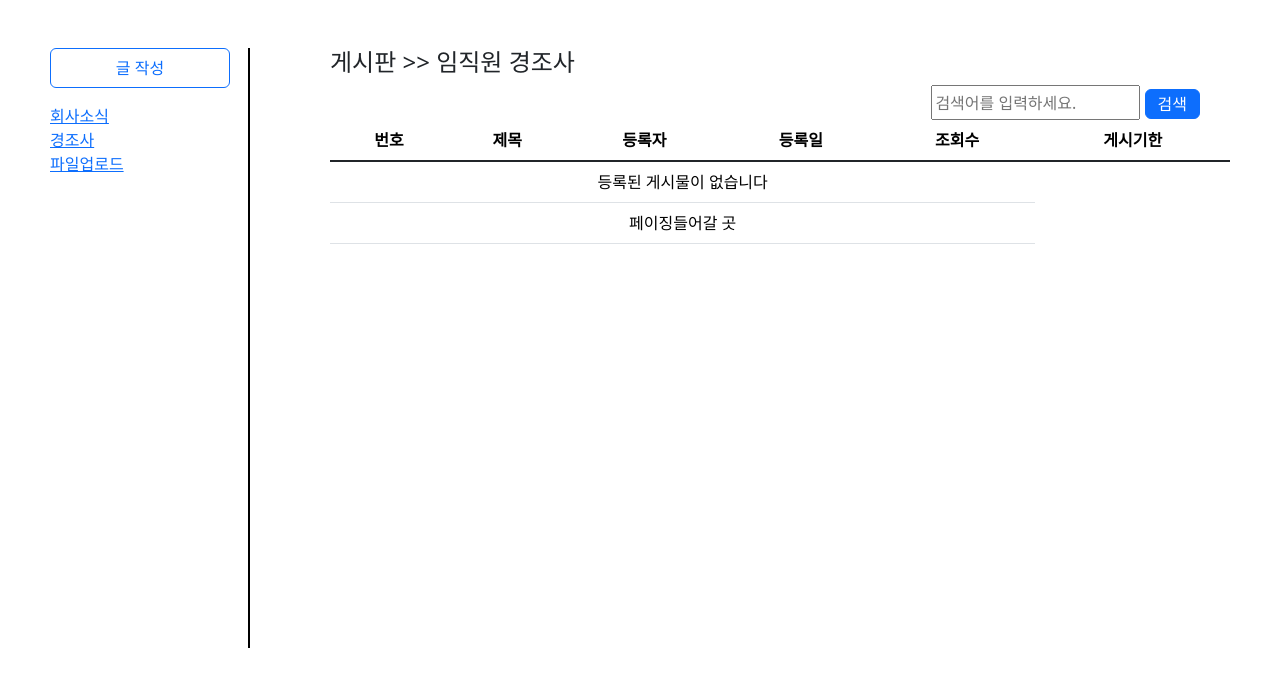
Repository: KimDongGyuu/final
Page: http://localhost/aceworks/WEB-INF/views/company_event/company_event_List.jsp
The author's editor kept a copy of each file at every save. The page is drawn from the files as they stood at one save, then again after the next save.
The browser window is 1280 px wide. The pictures show the whole page.
The page is served by Tomcat 9. Nobody is signed in. Other server files are loaded and not shown. The template is opened directly, without the code that normally fills it, so the values that code supplies are empty.

Above is the page before, as saved 2024-03-20 07:17:21.

### aceworks/src/main/webapp/WEB-INF/views/company_event/company_event_List.jsp
<%@ page language="java" contentType="text/html; charset=UTF-8"
    pageEncoding="UTF-8"%>
<%@ include file="/WEB-INF/views/include/style.jsp"%>
<%@ taglib uri="http://java.sun.com/jsp/jstl/core" prefix="c"%>
<!DOCTYPE html>
<html>
<head>
<meta charset="UTF-8">
<title>Insert title here</title>
<style>
#left {
	width: 200px;
	height: 600px;
	float: left;
	border-right: 2px solid black;
	margin-left: 50px;
}

#right {
	width: 900px;
	height: 600px;
	margin-left: 330px;
}

#bt {
	width: 180px;
	height: 40px;
}
#Sbt {
	padding-top: 2px;
	height: 30px;
}

h3 {
	text-align: center;
}
</style>
</head>
<body>
<div>
<div id="left">
			<button id="bt" type="button" class="btn btn-outline-primary"
				onclick="location.href='company_event_Writeform.do';">글 작성</button>
<div class="mt-3"><a href="company_news_List.do?com_idx=${dto.getCom_idx()}">회사소식</a> <br> <a href="company_event_List.do?com_idx=${dto.getCom_idx()}">경조사</a> <br><a href="fileUploadForm.do">파일업로드</a></div>
		</div>
		<div id="right">
		<div class="mt-5 mb-2"><span class="h4">게시판 &gt;&gt; 임직원 경조사</span></div>
<div class="mt-2 d-flex gap-2 justify-content-end">

   <form action="">
   <input type="hidden" name="com_idx" value="${dto.getCom_idx()}">
        <input type="text" id="" name="" placeholder="검색어를 입력하세요." style="width:70%; height: 35px;">
        <button id="Sbt" type="submit" class="btn btn btn-primary">검색</button>
   </form>

</div>
			<table width="1000" cellspacing="0" class="table table-hover">
				<thead>
					<tr align="center">
						<th scope="col">번호</th>
						<th scope="col">제목</th>
						<th scope="col">등록자</th>
						<th scope="col">등록일</th>
						<th scope="col">조회수</th>
						<th scope="col">게시기한</th>
					</tr>
				</thead>

				<tbody class="table-group-divider">
					<c:if test="${empty eventList }">
						<tr>
							<td colspan="5" align="center">등록된 게시물이 없습니다</td>
						</tr>
					</c:if>

					<c:forEach var="eventDto" items="${eventList }">
					<tr class="text-center">
					<th scope="row">${eventDto.event_idx }</th>

					<c:url var="company_eventContentUrl" value="company_event_Content.do">
					<c:param name="event_idx">${eventDto.event_idx }</c:param>
					<c:param name="com_idx">${dto.getCom_idx()}</c:param>
					</c:url>

					<td><a href="${company_eventContentUrl }">${eventDto.event_title }</a></td>
					<td>${eventDto.event_writer }</td>
					<td>${eventDto.event_writedate }</td>
					<td>${eventDto.event_readnum }</td>
					<td>${eventDto.event_period }</td>
					</tr>
					</c:forEach>
				</tbody>

				<tfoot>
					<tr>
						<td colspan="5" align="center">페이징들어갈 곳</td>
					</tr>
				</tfoot>
			</table>
		</div>
	</div>
</body>
</html>

### aceworks/src/main/webapp/WEB-INF/views/include/style.jsp
<%@ page language="java" contentType="text/html; charset=UTF-8"
    pageEncoding="UTF-8"%>
<!DOCTYPE html>
<html>
<head>
<meta charset="UTF-8">
<title>Insert title here</title>
<link
   href="https://cdn.jsdelivr.net/npm/bootstrap@5.3.3/dist/css/bootstrap.min.css"
   rel="stylesheet"
   integrity="sha384-QWTKZyjpPEjISv5WaRU9OFeRpok6YctnYmDr5pNlyT2bRjXh0JMhjY6hW+ALEwIH"
   crossorigin="anonymous">
<script
   src="https://cdn.jsdelivr.net/npm/bootstrap@5.3.3/dist/js/bootstrap.bundle.min.js"
   integrity="sha384-YvpcrYf0tY3lHB60NNkmXc5s9fDVZLESaAA55NDzOxhy9GkcIdslK1eN7N6jIeHz"
   crossorigin="anonymous"></script>
<script
   src="https://cdn.jsdelivr.net/npm/@popperjs/core@2.11.8/dist/umd/popper.min.js"
   integrity="sha384-I7E8VVD/ismYTF4hNIPjVp/Zjvgyol6VFvRkX/vR+Vc4jQkC+hVqc2pM8ODewa9r"
   crossorigin="anonymous"></script>
<script
   src="https://cdn.jsdelivr.net/npm/bootstrap@5.3.3/dist/js/bootstrap.min.js"
   integrity="sha384-0pUGZvbkm6XF6gxjEnlmuGrJXVbNuzT9qBBavbLwCsOGabYfZo0T0to5eqruptLy"
   crossorigin="anonymous"></script>
</head>
<body>

</body>
</html>

After the next save:
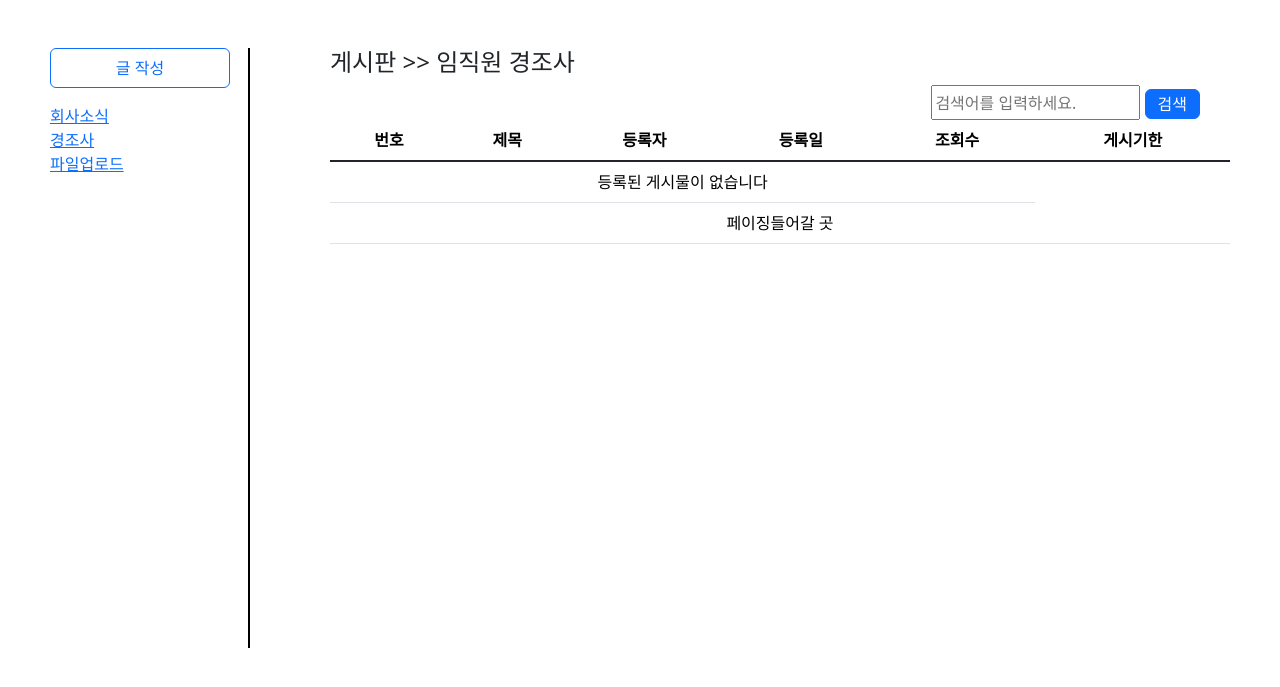
Saved 9 min 41 s later.
--- a/aceworks/src/main/webapp/WEB-INF/views/company_event/company_event_List.jsp
+++ b/aceworks/src/main/webapp/WEB-INF/views/company_event/company_event_List.jsp
@@ -93,7 +93,7 @@ h3 {
 
 				<tfoot>
 					<tr>
-						<td colspan="5" align="center">페이징들어갈 곳</td>
+						<td colspan="6" align="center">페이징들어갈 곳</td>
 					</tr>
 				</tfoot>
 			</table>
